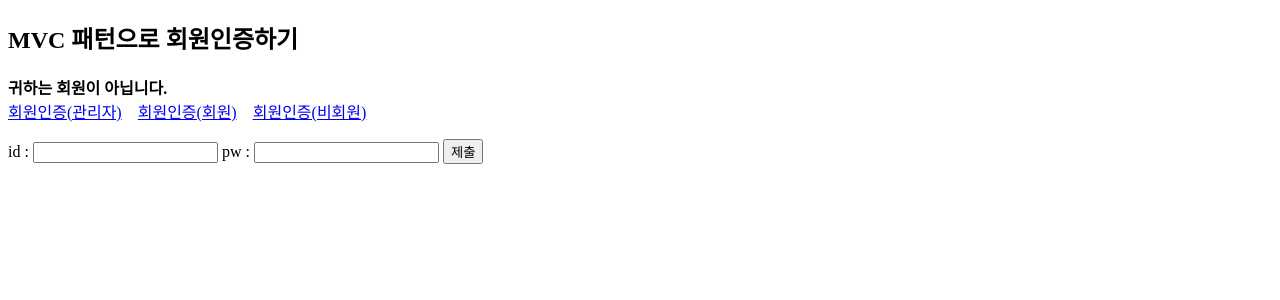
Repository: Park-Dongheon/Servlet-JSP_Training
Page: http://localhost/MustHaveJSP/12Servlet/MemberAuth.mvc
The author's editor kept a copy of each file at every save. The page is drawn from the files as they stood at one save, then again after the next save.
The browser window is 1280 px wide. The pictures show the whole page.
The page is served by Tomcat 10. Queries for data that is not in the repository find no rows.

Above is the page before, as saved 2024-06-25 03:43:36.

After the next save:
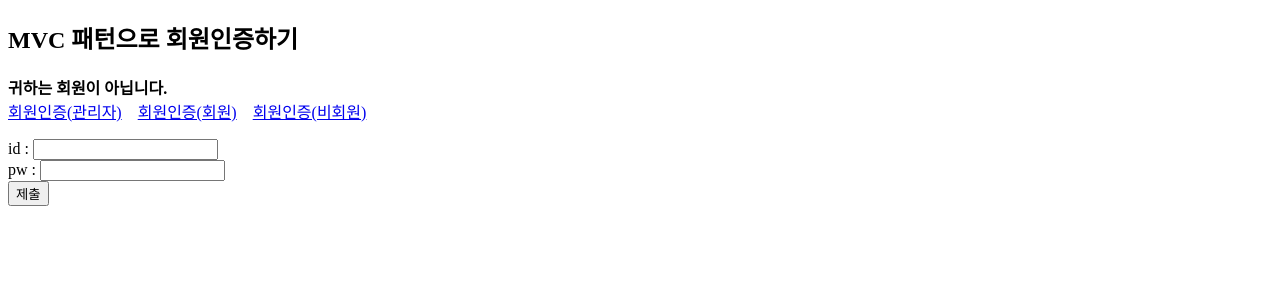
Saved 45 s later.
--- a/MustHaveJSP/src/main/webapp/12Servlet/MemberAuth.jsp
+++ b/MustHaveJSP/src/main/webapp/12Servlet/MemberAuth.jsp
@@ -19,8 +19,8 @@
 	</p>
 
 	<form method="post" action="../12Servlet/MemberAuth.mvc?id=${member_id}&pass=${member_pw}">
-		id : <input type="text" value="${member_id}" />
-		pw : <input type="text" value="${member_pw}" />
+		id : <input type="text" value="${member_id}" /> <br />
+		pw : <input type="text" value="${member_pw}" /> <br />
 		<input type="submit" value="제출" />
 	</form>
 </body>
